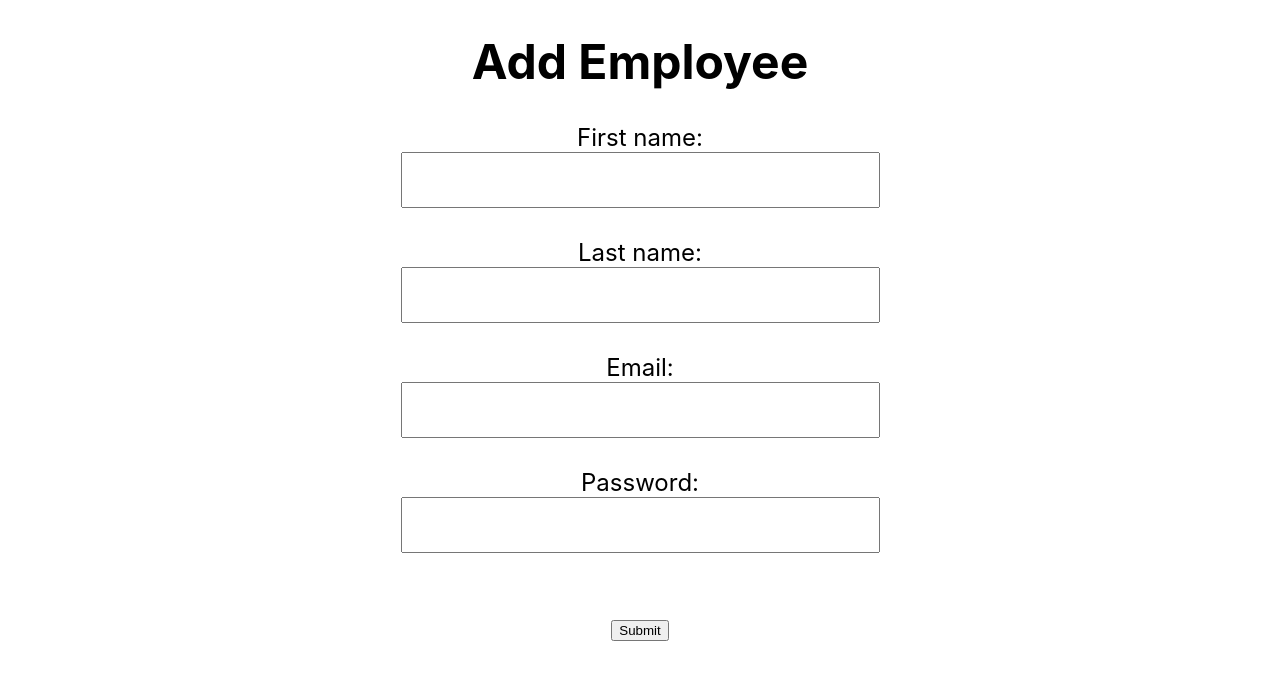
Repository: Biniyamkb/Evangadi-forum
Page: /addemployee (app in demoapp/frontend/)
The author's editor kept a copy of each file at every save. The page is drawn from the files as they stood at one save, then again after the next save.
The browser window is 1280 px wide. The pictures show the whole page.
The project was rebuilt for these pictures with package versions that can differ from the ones it lists, and the page was loaded fresh each time. Also part of the build but not shown: demoapp/frontend/src/Pages/Home.js, demoapp/frontend/src/Pages/Login.js.

Above is the page before, as saved 2025-05-04 22:13:04.

After the next save:
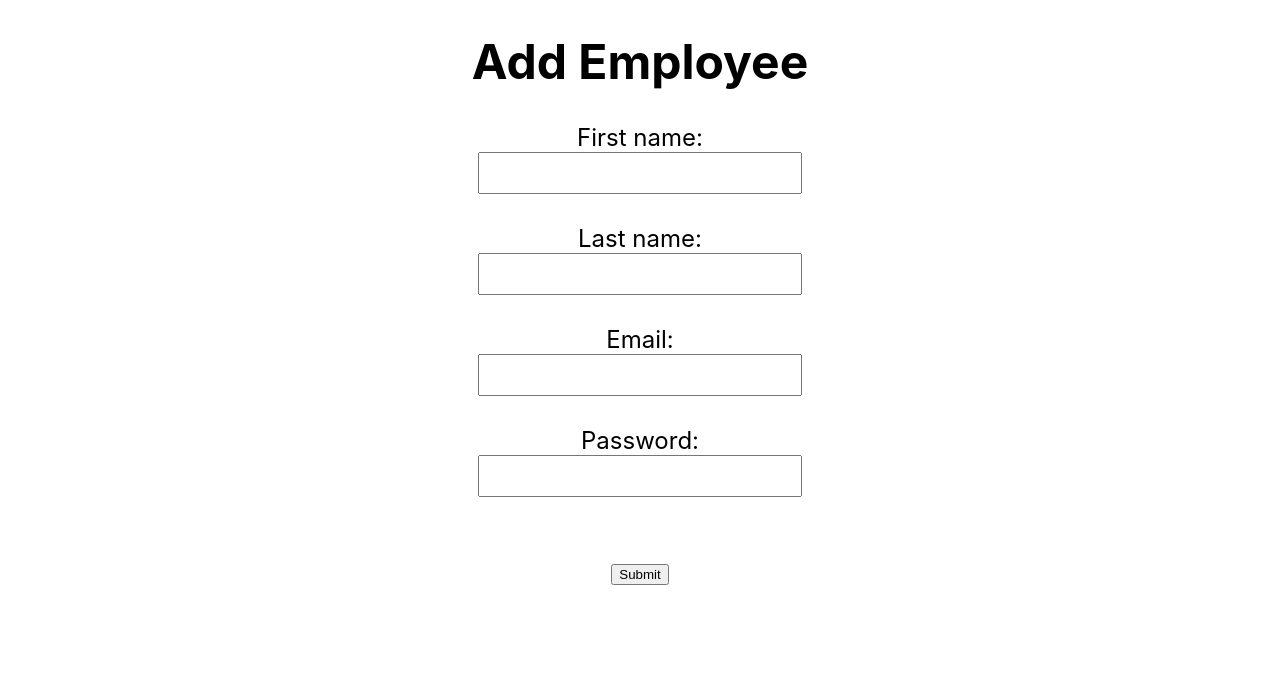
Saved 29 s later.
--- a/demoapp/frontend/src/App.css
+++ b/demoapp/frontend/src/App.css
@@ -3,7 +3,7 @@ body {
   text-align: center;
 }
 input {
-  font-size: 1.5em;
+  font-size: 1em;
   text-align: left;
   padding: 5px;
   margin-bottom: 30px;
